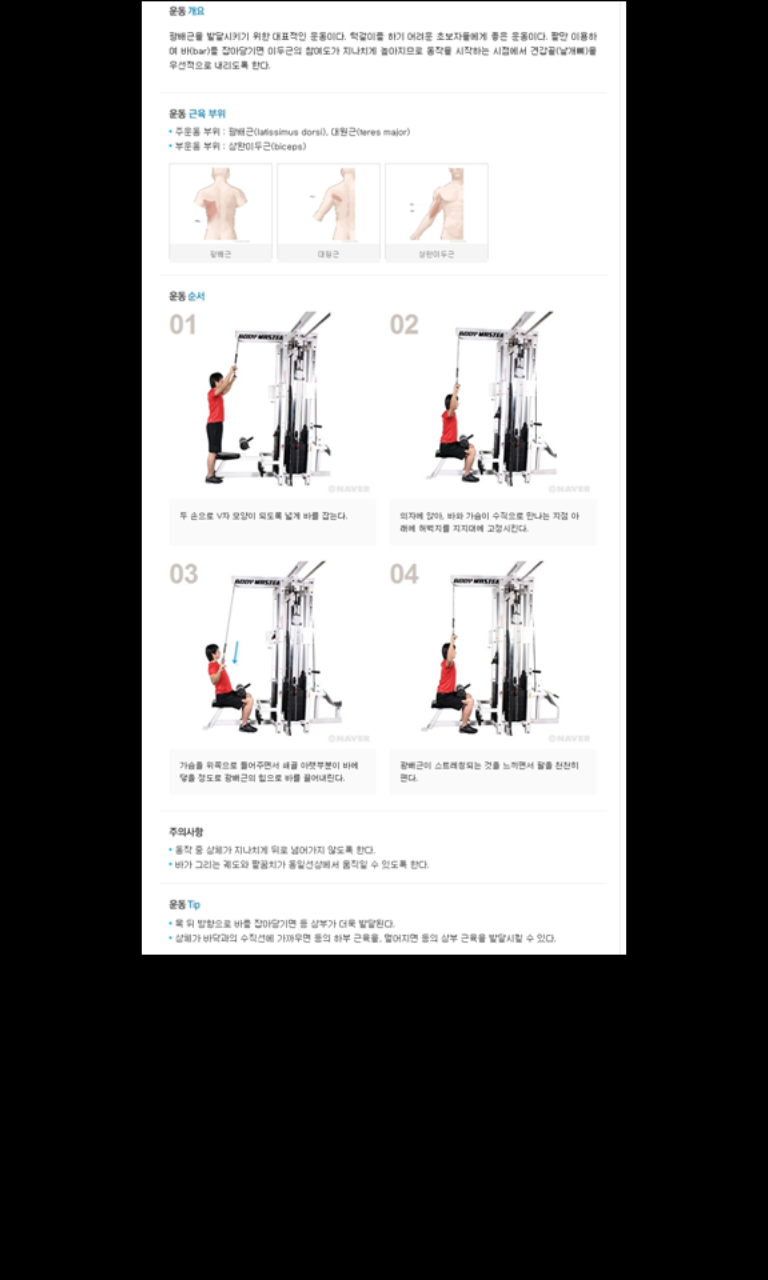
Repository: LewisLim579/2013TeamProject
Layout: PtsApp/res/layout/how1.xml
These files come from the project's save history. The layout is drawn as it stood at one moment and after the next save; the edit follows.
It is drawn on a 768 x 1280 px phone screen (xhdpi) without system bars, with theme android:Theme.NoTitleBar.Fullscreen; the app's code is not run.

Above is the layout before, as saved 2013-05-27 18:27:42.

After the next save:
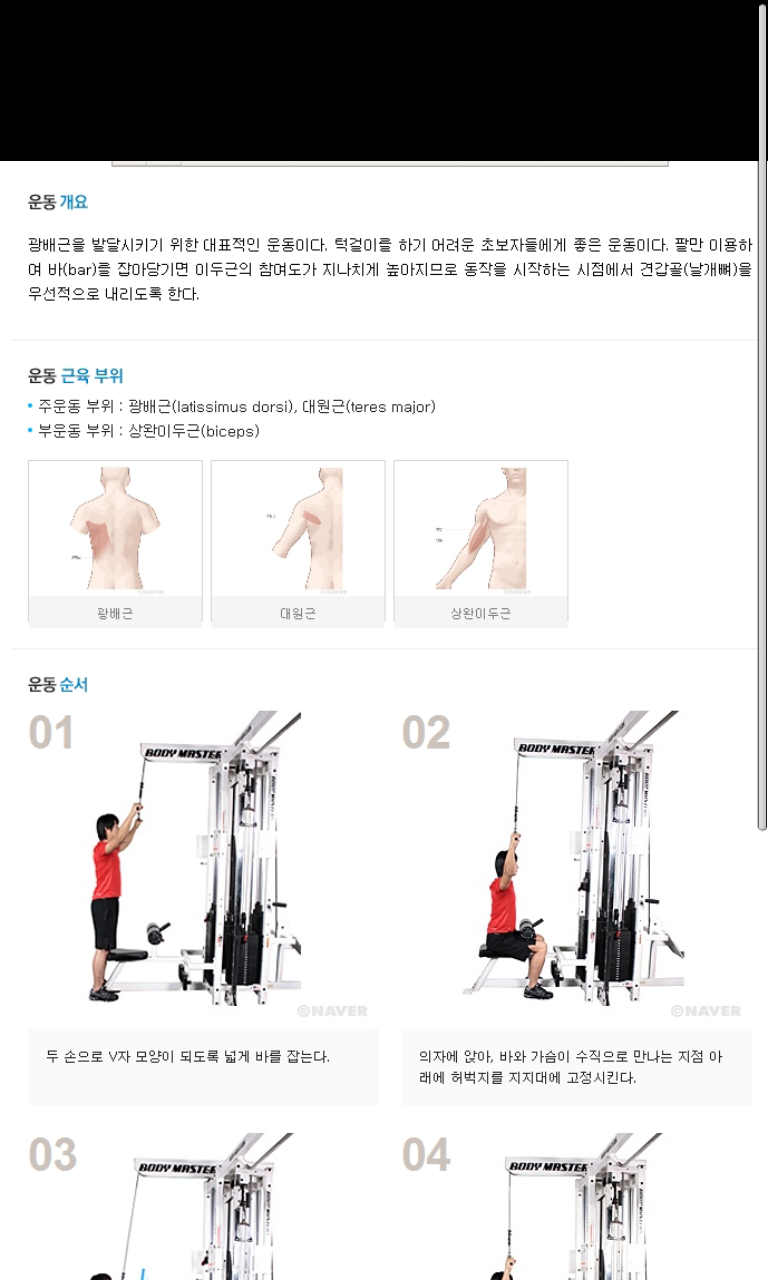
Saved 18 min 9 s later.
--- a/PtsApp/res/layout/how1.xml
+++ b/PtsApp/res/layout/how1.xml
@@ -12,7 +12,7 @@
         android:layout_width="fill_parent"
         android:layout_height="fill_parent"
         android:height="900px"
-        android:src="@drawable/how11" />
+        android:src="@drawable/lpdown" />
     </LinearLayout>
 
 </ScrollView>
